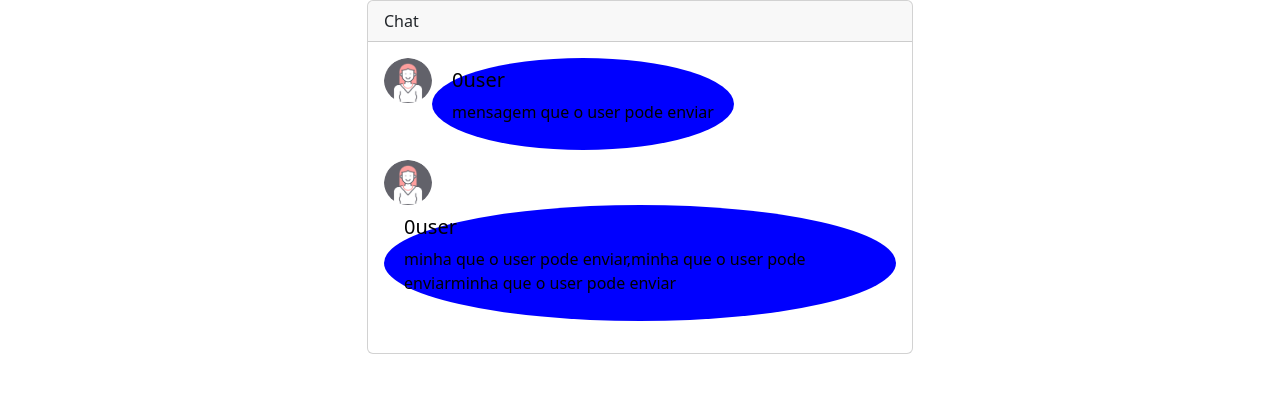
Repository: joaobatistafrontend/pref
Page: templates/chat_meninas copy.html
These files come from the project's save history. The page is drawn as it stood at one moment and after a run of saves; the edit follows.
The browser window is 1280 px wide. The pictures show the whole page.
The page is served by the project's application, run on Django 4.2 (manage.py). Other server files are loaded and not shown. The template is opened directly, without the code that normally fills it, so the values that code supplies are empty.

Above is the page before, as saved 2024-07-29 16:49:06.

### templates/chat_meninas copy.html
<!DOCTYPE html>
<html lang="pt-br">

<head>
    <meta charset="UTF-8">
    <meta name="viewport" content="width=device-width, initial-scale=1.0">
    <link rel="stylesheet" href="chatMulher.css">

    <link href="https://cdn.jsdelivr.net/npm/bootstrap@5.3.3/dist/css/bootstrap.min.css" rel="stylesheet"
    integrity="sha384-QWTKZyjpPEjISv5WaRU9OFeRpok6YctnYmDr5pNlyT2bRjXh0JMhjY6hW+ALEwIH" crossorigin="anonymous">
<script src="https://cdn.jsdelivr.net/npm/bootstrap@5.3.3/dist/js/bootstrap.bundle.min.js"
    integrity="sha384-YvpcrYf0tY3lHB60NNkmXc5s9fDVZLESaAA55NDzOxhy9GkcIdslK1eN7N6jIeHz"
    crossorigin="anonymous"></script>
    <title>Chat</title>
</head>

<body>
    <div class="container content">
        <div class="row">

            <div class="col-md-6 offset-3">
                <div class="card">
                    <div class="card-header">Chat</div>
                    <div class="card-body heigt-3">
                        <ul class="chat-list">
                            <li class="in">
                                <div class="chat-img">
                                    <img src="mulher.png" alt="">
                                </div>
                                <div class="chat-body">
                                    <div class="cha-message">
                                        <h5>0user</h5>
                                        <p>mensagem que o user pode enviar</p>
                                    </div>
                                </div>
                            </li>
                            <li class="out">
                                <div class="chat-img">
                                    <img src="mulher.png" alt="">
                                </div>
                                <div class="chat-body">
                                    <div class="cha-message">
                                        <h5>0user</h5>
                                        <p>minha que o user pode enviar,minha que o user pode enviarminha que o user pode enviar
                                        </p>
                                    </div>
                                </div>
                            </li>
                        </ul>
                </div>
            </div>

        </div>
    </div>
</body>

</html>

### chatbot/urls.py

from django.contrib import admin
from django.urls import path, include

urlpatterns = [
    path('admin/', admin.site.urls),
    path('', include('chat_app.urls'))
]

### chat_app/urls.py

from django.contrib import admin
from django.urls import path, include
from .views import *

urlpatterns = [
    path("", IndexView.as_view(), name="index"),
    path("accounts/", include("django.contrib.auth.urls")),

    path("ask_question/", AskQuestionView.as_view(), name="ask_question"),

    path('chat_meninas', ChatRedirectView.as_view(), name='chat_meninas'),
    path('chat_bot/', ChatBotView.as_view(), name='chat_bot'),
    path('chat/<str:room_name>/', ChatRoomView.as_view(), name='chat_room'),
    path('chat/<str:room_name>/send/', ChatRoomView.as_view(), name='send_message'),

    path('cadastro', Cadastro.as_view(), name="cadastro")
]

### templates/chatMulher.css

.chat-list{
    padding: 0;

}
.chat-list li{
    margin-bottom: 10px;
    overflow: auto;
    color: black;
}
.chat-list .chat-img{
    float: left;
    width: 48px;
}
.chat-list .chat-img img{
    border-radius: 50%;
    width: 100%;
}
.chat-list .cha-message{
    display: inline-block;
    position: relative;
    border-radius: 50%;
    background-color: blue;
    padding: 10px 20px;
}
.chat-list .cha-message::before{
    content: '';
    position: absolute;
    top: 15px;
    width: 0;
    height: 0;
}
.chat-list

After the next 6 saves:
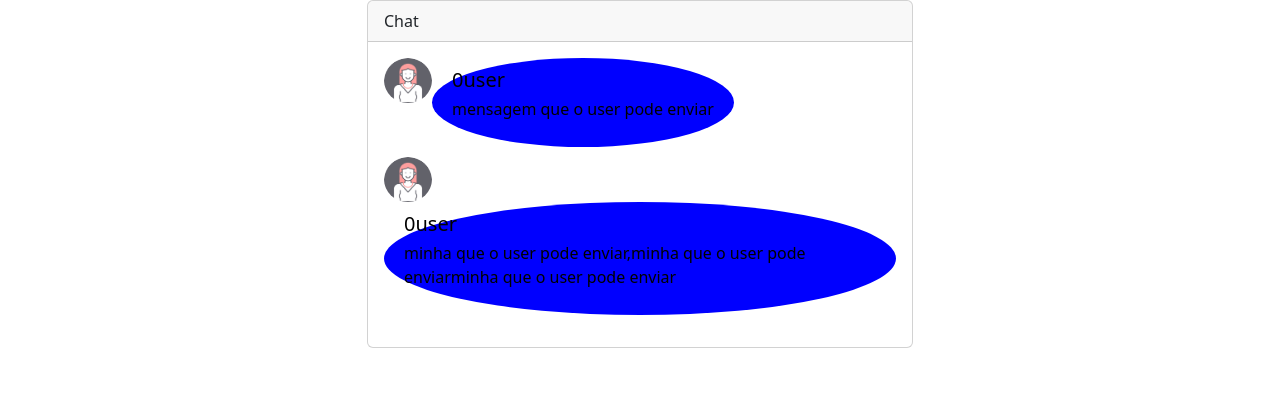
The 6 saves are shown as one change because they came seconds apart.
The last was saved 18 s later.
--- a/templates/chatMulher.css
+++ b/templates/chatMulher.css
@@ -30,4 +30,6 @@
     width: 0;
     height: 0;
 }
-.chat-list
+.chat-list .cha-message h5{
+    margin: 0 0 5px 0;
+}
